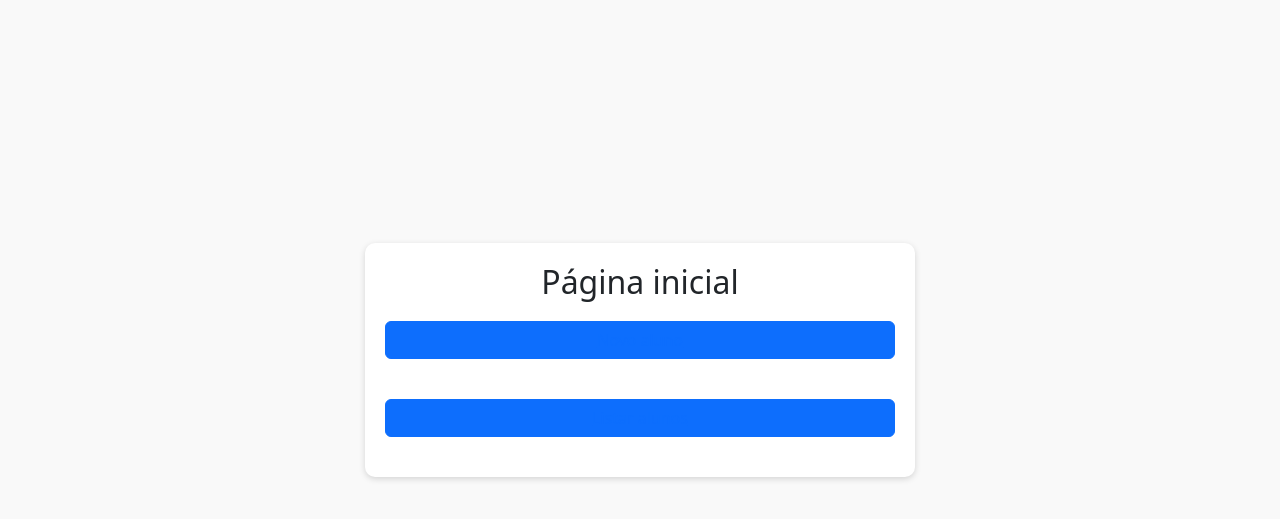
Repository: juliatbarbosa/CRUD-ALUNOS
Page: http://localhost/OlaMundo/alunos/cadastro/index.jsp
An editor plug-in stored every save of this project. The page is shown before and after the next save, followed by the edit.
The browser window is 1280 px wide. The pictures show the whole page.
The page is served by Tomcat 9.

Above is the page before, as saved 2024-09-30 01:39:29.

After the next save:
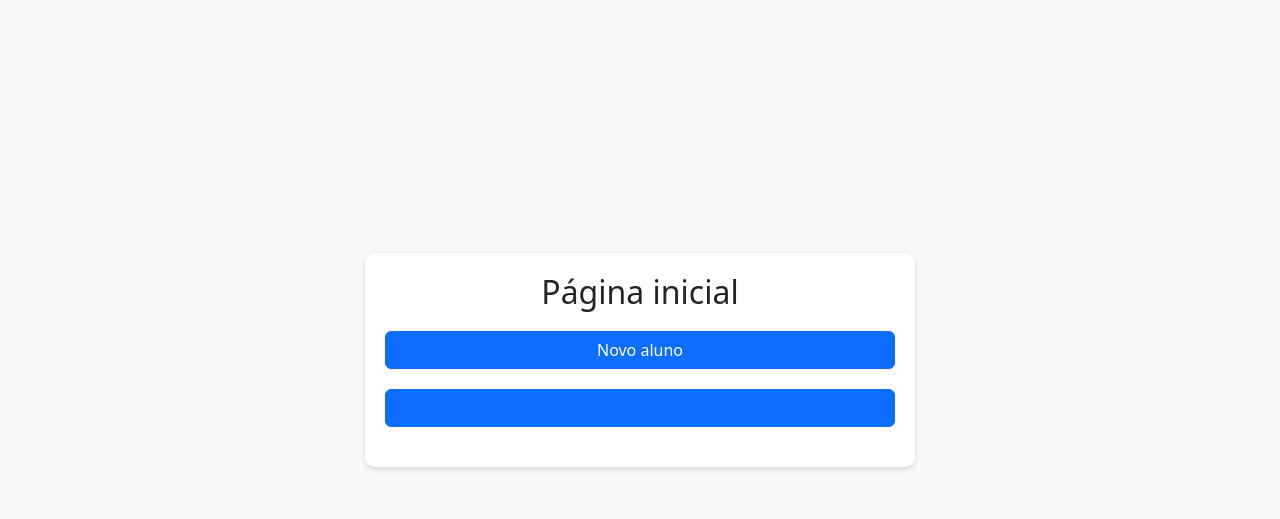
Saved 4 s later.
--- a/OlaMundo/src/main/webapp/alunos/cadastro/index.jsp
+++ b/OlaMundo/src/main/webapp/alunos/cadastro/index.jsp
@@ -50,7 +50,7 @@ body {
 
 		<div class="botoes">
 				<button type="button" class="btn btn-primary" onclick="window.location.href='formulario.jsp?id=0';">
-					<a href="formulario.jsp?id=0">Novo aluno
+					Novo aluno
 				</button>
 				<button type="button" class="btn btn-primary" onclick="window.location.href='listar.jsp';">
 					<a href="listar.jsp">Listar alunos
